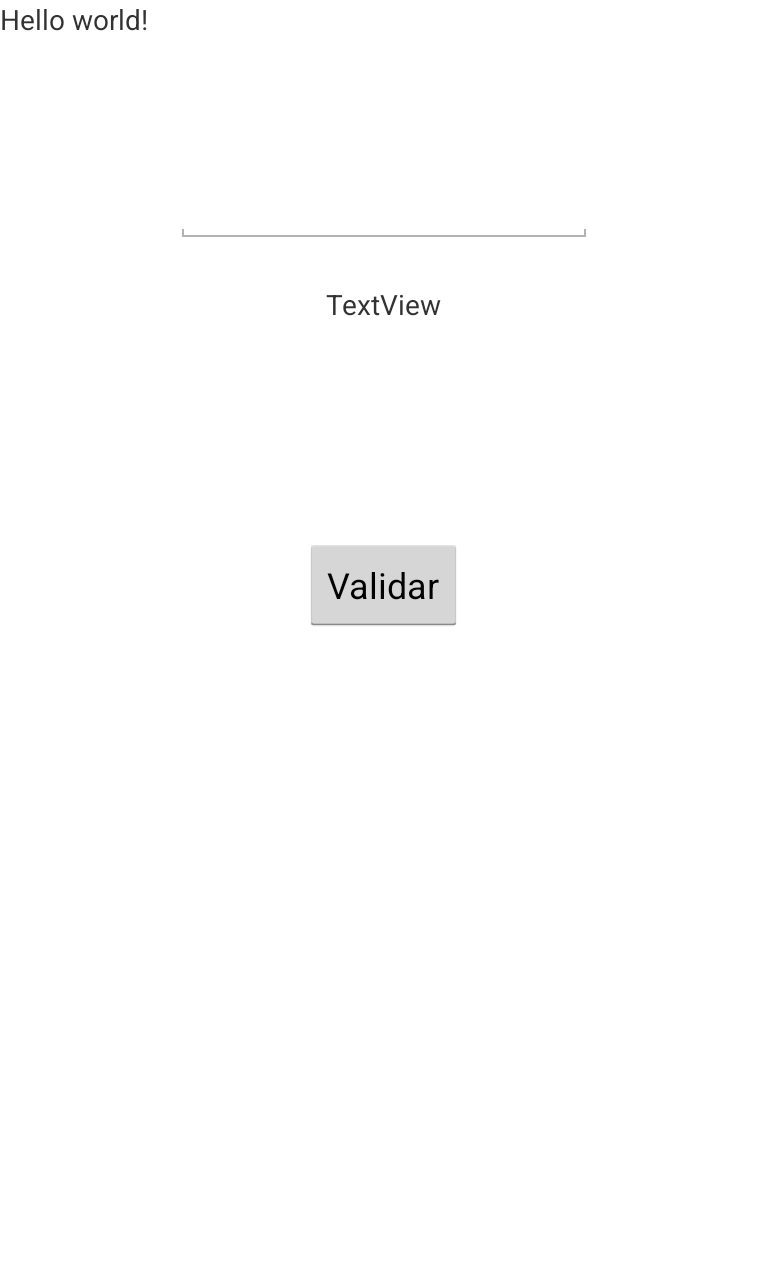
Repository: brownie-gt/SOA
Layout: Android/Validator/res/layout/activity_main.xml
An editor plug-in stored every save of this project. The layout is shown before and after the next save, followed by the edit.
It is drawn on a 768 x 1280 px phone screen (xhdpi) without system bars, with theme AppTheme; the app's code is not run.

Above is the layout before, as saved 2014-05-18 13:33:30.

### Android/Validator/res/layout/activity_main.xml
<RelativeLayout xmlns:android="http://schemas.android.com/apk/res/android"
    xmlns:tools="http://schemas.android.com/tools"
    android:layout_width="match_parent"
    android:layout_height="match_parent"
    tools:context="${packageName}.${activityClass}" >

    <TextView
        android:id="@+id/textView1"
        android:layout_width="wrap_content"
        android:layout_height="wrap_content"
        android:text="@string/hello_world" />

    <EditText
        android:id="@+id/emailText"
        android:layout_width="wrap_content"
        android:layout_height="wrap_content"
        android:layout_below="@+id/textView1"
        android:layout_centerHorizontal="true"
        android:layout_marginTop="64dp"
        android:ems="10"
        android:inputType="textEmailAddress" >

    </EditText>

    <Button
        android:id="@+id/button1"
        android:layout_width="wrap_content"
        android:layout_height="wrap_content"
        android:layout_below="@+id/emailText"
        android:layout_centerHorizontal="true"
        android:layout_marginTop="146dp"
        android:text="Validar" />

    <TextView
        android:id="@+id/textValidEmail"
        android:layout_width="wrap_content"
        android:layout_height="wrap_content"
        android:layout_below="@+id/emailText"
        android:layout_centerHorizontal="true"
        android:layout_marginTop="20dp"
        android:text="TextView" />

</RelativeLayout>

### Android/Validator/res/values/strings.xml
<?xml version="1.0" encoding="utf-8"?>
<resources>

    <string name="app_name">Validator</string>
    <string name="hello_world">Hello world!</string>

</resources>

Loaded but not shown: Android/Validator/res/values/styles.xml (common file); Android/Validator/res/values-v11/styles.xml (common file); Android/Validator/res/values-v14/styles.xml (common file)

After the next save:
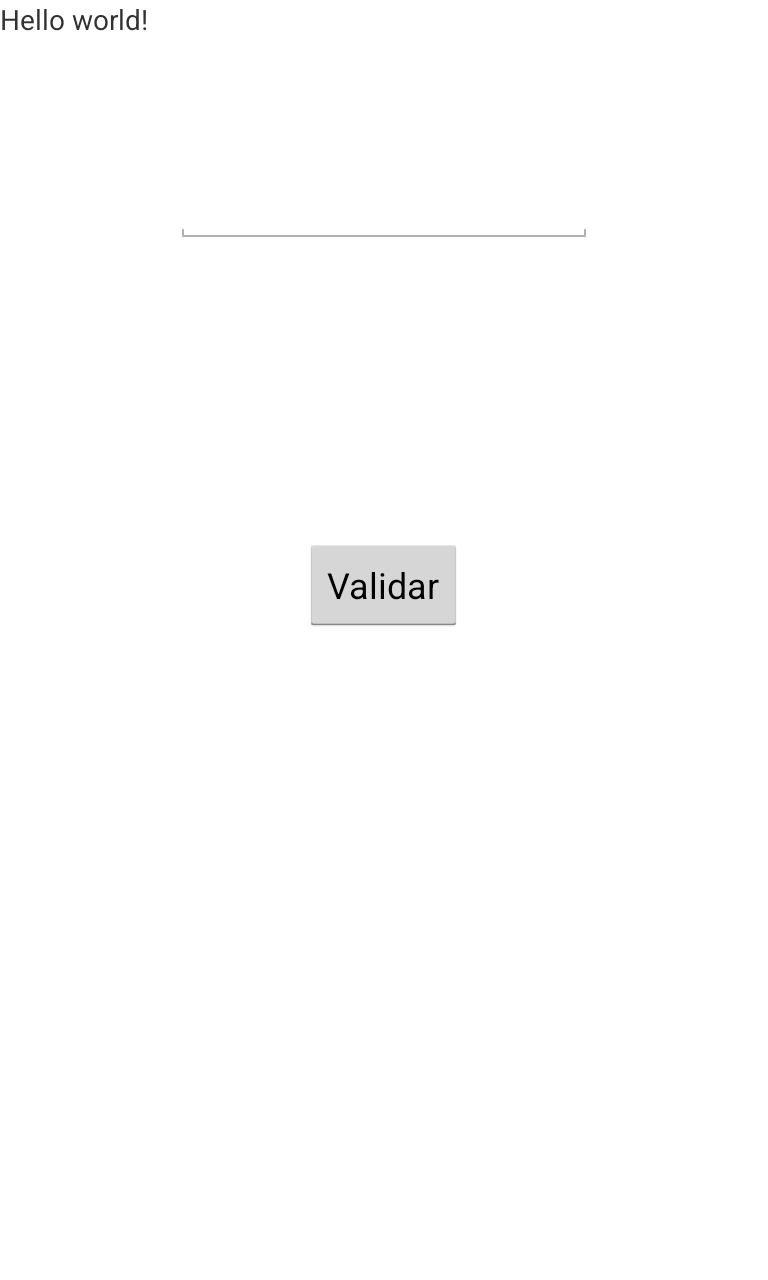
Saved 30 s later.
--- a/Android/Validator/res/layout/activity_main.xml
+++ b/Android/Validator/res/layout/activity_main.xml
@@ -37,7 +37,6 @@
         android:layout_height="wrap_content"
         android:layout_below="@+id/emailText"
         android:layout_centerHorizontal="true"
-        android:layout_marginTop="20dp"
-        android:text="TextView" />
+        android:layout_marginTop="20dp" />
 
 </RelativeLayout>
